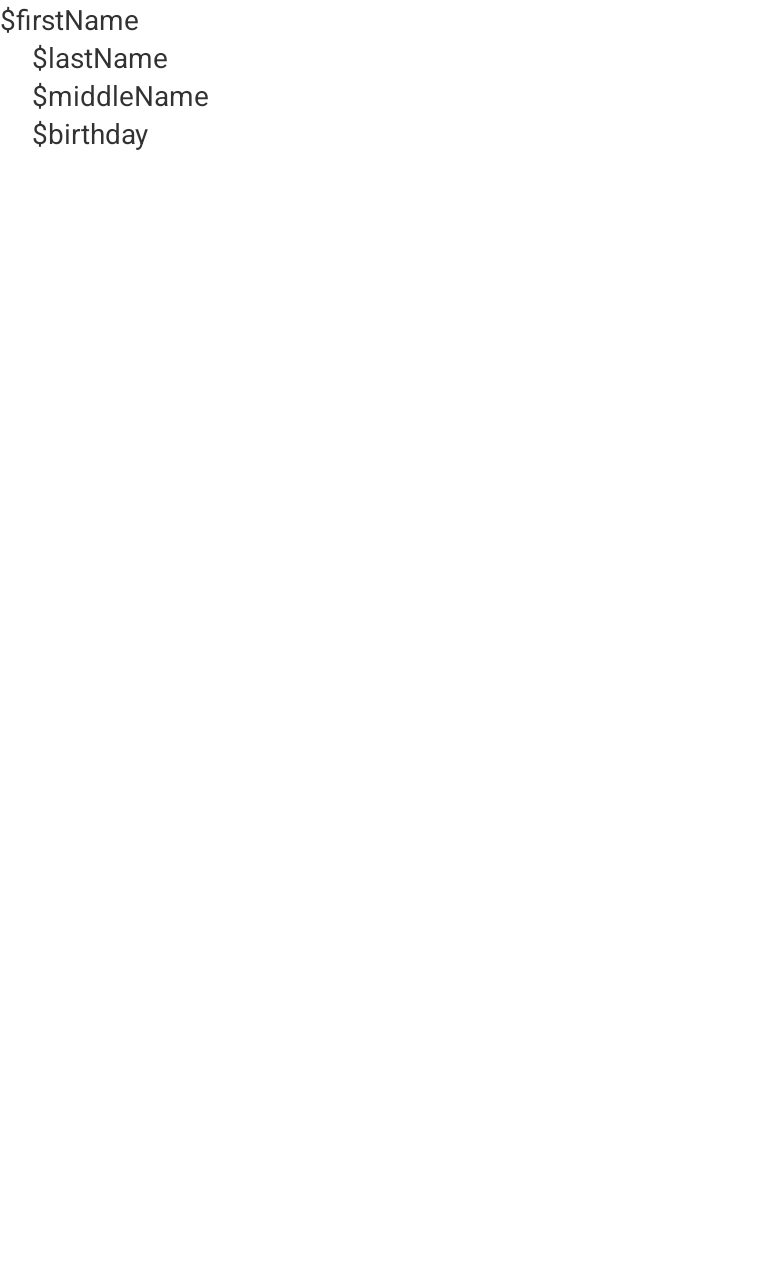
Repository: egslava/android-net-list-utils
Layout: NetUtilsSamples/res/layout/person.xml
These files come from the project's save history. The layout is drawn as it stood at one moment and after the next save; the edit follows.
It is drawn on a 768 x 1280 px phone screen (xhdpi) without system bars, with theme AppTheme; the app's code is not run.

Above is the layout before, as saved 2013-10-15 12:25:41.

### NetUtilsSamples/res/layout/person.xml
<?xml version="1.0" encoding="utf-8"?>
<LinearLayout xmlns:android="http://schemas.android.com/apk/res/android"
    android:layout_width="match_parent"
    android:layout_height="match_parent"
    android:orientation="horizontal" >

    <LinearLayout
        android:layout_width="match_parent"
        android:layout_height="match_parent"
        android:orientation="vertical" >

        <TextView
            android:id="@+id/$firstName"
            android:layout_width="wrap_content"
            android:layout_height="wrap_content"
            android:text="$firstName" />

        <TextView
            android:id="@+id/$lastName"
            android:layout_width="wrap_content"
            android:layout_height="wrap_content"
            android:layout_marginLeft="@dimen/activity_horizontal_margin"
            android:text="$lastName" />

        <TextView
            android:id="@+id/$middleName"
            android:layout_width="wrap_content"
            android:layout_height="wrap_content"
            android:layout_marginLeft="@dimen/activity_horizontal_margin"
            android:text="$middleName" />

        <TextView
            android:id="@+id/$birthday"
            android:layout_width="wrap_content"
            android:layout_height="wrap_content"
            android:layout_marginLeft="@dimen/activity_horizontal_margin"
            android:tag="(dd.MM.yyyy)"
            android:text="$birthday" />
    </LinearLayout>

    <LinearLayout
        android:layout_width="match_parent"
        android:layout_height="wrap_content" >

        <Button
            android:id="@+id/minus"
            android:layout_width="wrap_content"
            android:layout_height="wrap_content"
            android:text="-1" />

        <TextView
            android:id="@+id/count"
            android:layout_width="wrap_content"
            android:layout_height="wrap_content"
            android:text="0" />

        <Button
            android:id="@+id/plus"
            android:layout_width="wrap_content"
            android:layout_height="wrap_content"
            android:text="+1" />
    </LinearLayout>

</LinearLayout>

Loaded but not shown: NetUtilsSamples/res/values/styles.xml (common file); NetUtilsSamples/res/values-v11/styles.xml (common file); NetUtilsSamples/res/values-v14/styles.xml (common file); NetUtilsSamples/res/values/dimens.xml (common file)

After the next save:
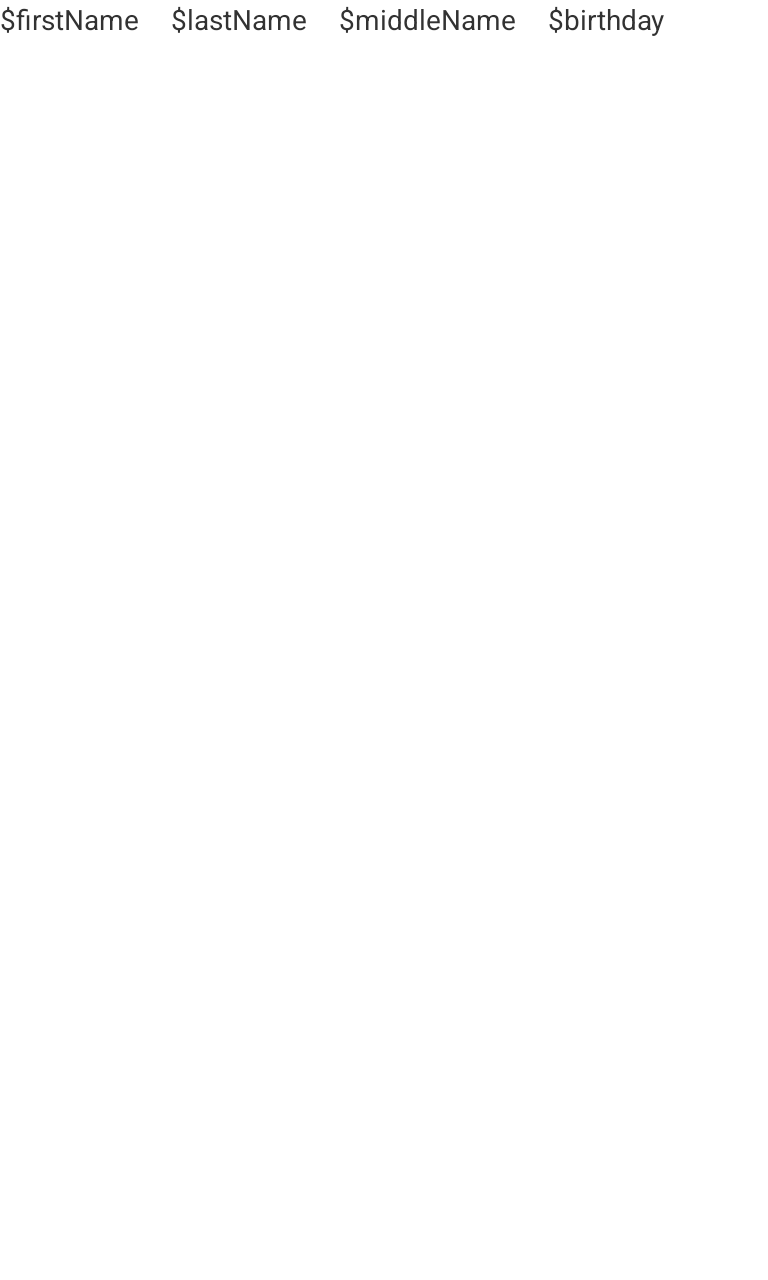
Saved 12 s later.
--- a/NetUtilsSamples/res/layout/person.xml
+++ b/NetUtilsSamples/res/layout/person.xml
@@ -2,12 +2,12 @@
 <LinearLayout xmlns:android="http://schemas.android.com/apk/res/android"
     android:layout_width="match_parent"
     android:layout_height="match_parent"
-    android:orientation="horizontal" >
+    android:orientation="vertical" >
 
     <LinearLayout
         android:layout_width="match_parent"
         android:layout_height="match_parent"
-        android:orientation="vertical" >
+        android:orientation="horizontal" >
 
         <TextView
             android:id="@+id/$firstName"
